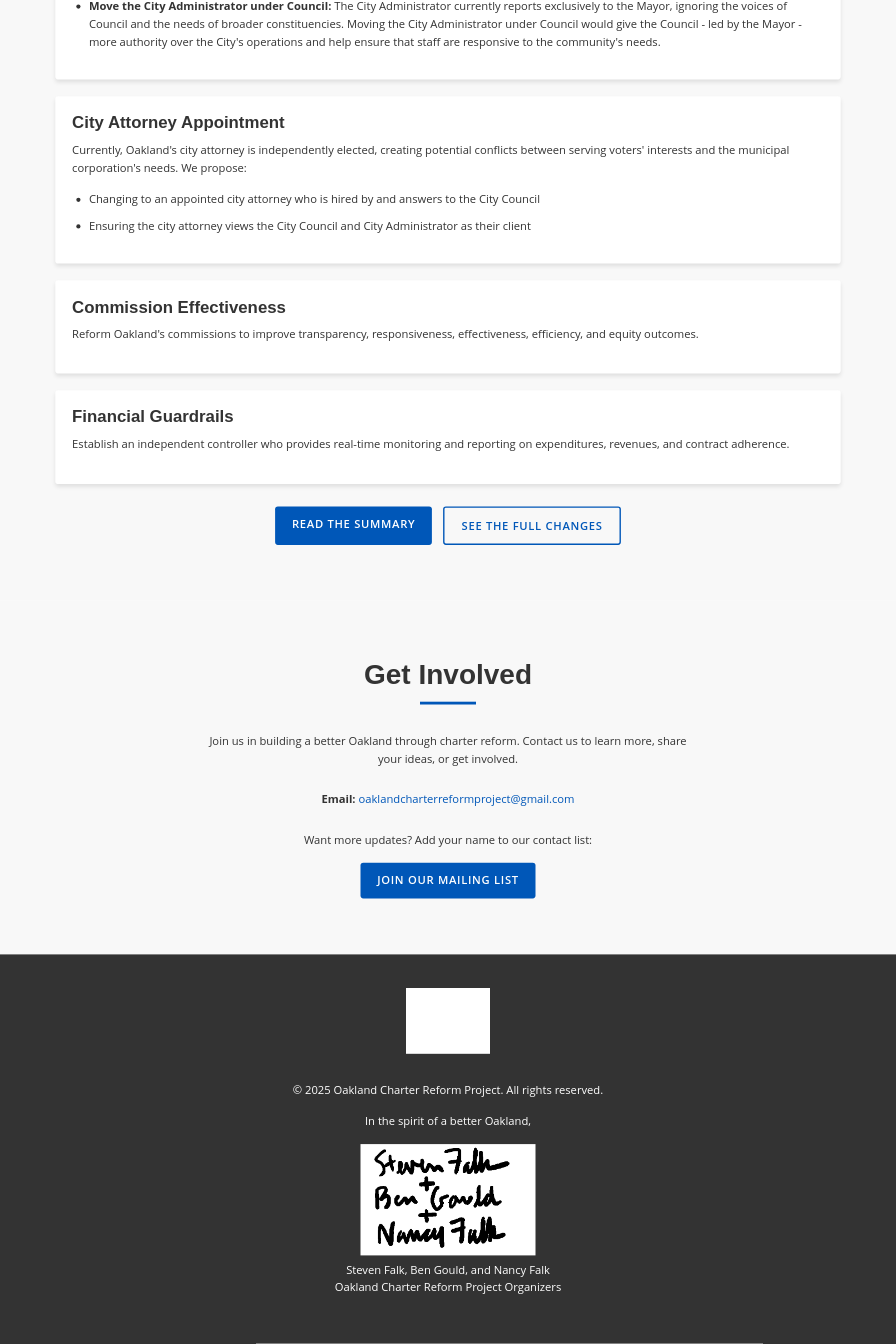
Repository: bgould132/oaklandcharterreform
Page: index.html
The author's editor kept a copy of each file at every save. The page is drawn from the files as they stood at one save, then again after the next save.
The browser window is 1280 px wide. The pictures show the part of the page from y = 3738 to 5658 px (the page is 5658 px tall before and 5501 px after), at 70% of full size.

Above is the page before, as saved 2025-04-07 10:14:35.

### index.html
<!DOCTYPE html>
<html lang="en">
<head>
    <meta charset="UTF-8">
    <meta name="viewport" content="width=device-width, initial-scale=1.0">
    <meta name="description" content="Oakland Charter Reform Project - Building a more effective government for Oakland">
    <title>Oakland Charter Reform Project</title>
    <link rel="stylesheet" href="css/styles.css">
    <!-- Font Awesome for icons -->
    <link rel="stylesheet" href="https://cdnjs.cloudflare.com/ajax/libs/font-awesome/6.4.2/css/all.min.css">
</head>
<body>
    <header>
        <div class="container">
            <nav aria-label="Main navigation">
                <div class="logo">
                    <a href="index.html" aria-label="Oakland Charter Reform Project Home">
                        <img src="images/logo/OCRP logo design.jpg" alt="Oakland Charter Reform Project Logo">
                    </a>
                </div>
                <button class="mobile-menu-button" aria-label="Toggle menu" aria-expanded="false" aria-controls="main-menu">
                    <span class="hamburger-icon"></span>
                </button>
                <ul id="main-menu" class="nav-menu">
                    <li><a href="#why-charter-reform" class="active">Why Charter Reform</a></li>
                    <li><a href="#principles">Principles</a></li>
                    <li><a href="#proposed-amendments">Proposed Amendments</a></li>
                    <li><a href="#our-approach">Our Approach</a></li>
                    <li><a href="about.html">About Us</a></li>
                    <li><a href="#contact">Contact</a></li>
                </ul>
            </nav>
        </div>
    </header>

    <main>
        <!-- Hero Section -->
        <section class="hero" aria-labelledby="hero-heading">
            <div class="hero-image">
                <picture>
                    <!-- Smaller image for mobile -->
                    <source srcset="images/Downtown/IMG_7632.jpg" media="(max-width: 768px)">
                    <!-- Larger image for desktop -->
                    <img src="images/Downtown/IMG_7632.jpg" alt="Downtown Oakland skyline view">
                </picture>
                <div class="hero-content">
                    <h1 id="hero-heading">Oakland Charter Reform Project</h1>
                    <p class="tagline">Building a more effective government for Oakland</p>
                    <a href="#why-charter-reform" class="cta-button">Learn More</a>
                </div>
            </div>
        </section>

        <!-- Why Charter Reform Section -->
        <section id="why-charter-reform" class="section" aria-labelledby="why-heading">
            <div class="container">
                <h2 id="why-heading">Why Charter Reform?</h2>
                <div class="section-content">
                    <div class="text-content">
                        <p class="highlight-quote">"Oakland's government is designed to fail."</p>
                        <p>Every stakeholder we've met with – many with decades of experience working for or in partnership with the Oakland city government – told us that Oakland's flawed city charter is either partly or largely responsible for the City's dysfunction.</p>

                        <p>The recent recall of Mayor Sheng Thao represents a peak moment of dissatisfaction with Oakland's government. No other mayor in Oakland's 173-year history has ever been recalled from office. An astonishing 79% of Oakland residents feel the City is on the wrong track.</p>

                        <p>Oakland's "hybrid structure makes it difficult to establish accountability for the effective functioning of government since it leaves open the question of which branch of government is in charge." In other words - the buck stops nowhere.</p>
                    </div>
                    <div class="stat-boxes">
                        <div class="stat-box">
                            <span class="stat-number">79%</span>
                            <p>of Oaklanders think the city is on the wrong track</p>
                        </div>
                        <div class="stat-box">
                            <span class="stat-number">100+</span>
                            <p>stakeholders consulted about charter reform</p>
                        </div>
                    </div>
                </div>
            </div>
        </section>

        <!-- Principles Section -->
        <section id="principles" class="section alt-bg" aria-labelledby="principles-heading">
            <div class="container">
                <h2 id="principles-heading">Our Principles</h2>
                <div class="principles-grid">
                    <div class="principle-card">
                        <div class="principle-icon">
                            <i class="fas fa-balance-scale"></i>
                        </div>
                        <h3>Accountability</h3>
                        <p>Clear lines of responsibility so the buck stops somewhere definite, enabling residents to hold their government accountable.</p>
                    </div>
                    <div class="principle-card">
                        <div class="principle-icon">
                            <i class="fas fa-chart-line"></i>
                        </div>
                        <h3>Effectiveness</h3>
                        <p>A government structure that enables efficient delivery of services and implementation of policies to improve quality of life.</p>
                    </div>
                    <div class="principle-card">
                        <div class="principle-icon">
                            <i class="fas fa-user-friends"></i>
                        </div>
                        <h3>Representation</h3>
                        <p>Ensuring all Oakland residents have their voices heard and interests represented in city government.</p>
                    </div>
                    <div class="principle-card">
                        <div class="principle-icon">
                            <i class="fas fa-search"></i>
                        </div>
                        <h3>Transparency</h3>
                        <p>Open and accessible government processes that allow residents to understand how decisions are made.</p>
                    </div>
                </div>
            </div>
        </section>

        <!-- Our Approach Section -->
        <section id="our-approach" class="section" aria-labelledby="approach-heading">
            <div class="container">
                <h2 id="approach-heading">Our Approach</h2>
                <div class="approach-content">
                    <div class="approach-text">
                        <p>The Oakland Charter Reform Project has conducted extensive research and community engagement to inform our approach to charter reform:</p>

                        <ul class="approach-list">
                            <li>Three focus groups with diverse Oakland stakeholders</li>
                            <li>One-on-one interviews with community members, workers, business leaders, elected officials, and more</li>
                            <li>Special information session with Oakland NAACP leaders</li>
                            <li>Analysis of charter structures in comparable cities</li>
                        </ul>

                        <p>We are exploring options for placing a charter reform measure before voters in June 2026. Why June? Because settling matters about the City's organization in advance of the November 2026 mayoral election will allow candidates to run for a clearly defined role in the new system.</p>
                    </div>
                    <div class="timeline">
                        <div class="timeline-item">
                            <div class="timeline-marker"></div>
                            <div class="timeline-content">
                                <h3>December 2024 - March 2025</h3>
                                <p>Initial research and stakeholder interviews</p>
                            </div>
                        </div>
                        <div class="timeline-item">
                            <div class="timeline-marker"></div>
                            <div class="timeline-content">
                                <h3>April - June 2025</h3>
                                <p>Draft charter amendments and community feedback</p>
                            </div>
                        </div>
                        <div class="timeline-item">
                            <div class="timeline-marker"></div>
                            <div class="timeline-content">
                                <h3>July - December 2025</h3>
                                <p>Gather signatures to place on ballot</p>
                            </div>
                        </div>
                        <div class="timeline-item">
                            <div class="timeline-marker"></div>
                            <div class="timeline-content">
                                <h3>January - May 2026</h3>
                                <p>Organize grassroots campaign</p>
                            </div>
                        </div>
                        <div class="timeline-item">
                            <div class="timeline-marker"></div>
                            <div class="timeline-content">
                                <h3>June 2026</h3>
                                <p>Charter reform measure on ballot</p>
                            </div>
                        </div>
                    </div>
                </div>
            </div>
        </section>

        <!-- Proposed Amendments Section -->
        <section id="proposed-amendments" class="section alt-bg" aria-labelledby="amendments-heading">
            <div class="container">
                <h2 id="amendments-heading">Proposed Amendments</h2>
                <div class="section-content">
                    <div class="text-content">
                        <p>Based on extensive research and stakeholder input, we are exploring the following potential amendments to the Oakland City Charter:</p>

                        <div class="amendment-card">
                            <h3>Governance Structure</h3>
                            <p>Oakland's hybrid governance structure has created confusion about who is responsible for what. We propose moving to a clear governance structure where lines of authority and accountability are well-defined:</p>
                            <ul class="amendment-list">
                                <li><strong>Put the Mayor in charge of Council:</strong> The Mayor's disconnection from Council is a source of dysfunction. It drives status competitions between the two bodies, diminishing service for Oaklanders. It leaves the Mayor less effective and unable to deliver on their policy priorities. Making Oakland's Mayor the chair of the Council would give the Mayor a strong voice in Council decisions, and help ensure that the Council is responsive to the Mayor's agenda.</li>
                                <li><strong>Move the City Administrator under Council:</strong> The City Administrator currently reports exclusively to the Mayor, ignoring the voices of Council and the needs of broader constituencies. Moving the City Administrator under Council would give the Council - led by the Mayor - more authority over the City's operations and help ensure that staff are responsive to the community's needs.</li>
                            </ul>
                        </div>

                        <div class="amendment-card">
                            <h3>City Attorney Appointment</h3>
                            <p>Currently, Oakland's city attorney is independently elected, creating potential conflicts between serving voters' interests and the municipal corporation's needs. We propose:</p>
                            <ul class="amendment-list">
                                <li>Changing to an appointed city attorney who is hired by and answers to the City Council</li>
                                <li>Ensuring the city attorney views the City Council and City Administrator as their client</li>
                            </ul>
                        </div>

                        <div class="amendment-card">
                            <h3>Commission Effectiveness</h3>
                            <p>Reform Oakland's commissions to improve transparency, responsiveness, effectiveness, efficiency, and equity outcomes.</p>
                        </div>

                        <div class="amendment-card">
                            <h3>Financial Guardrails</h3>
                            <p>Establish an independent controller who provides real-time monitoring and reporting on expenditures, revenues, and contract adherence.</p>
                        </div>

                        <div class="buttons-container">
                            <a href="#" class="cta-button">Read the Summary</a>
                            <a href="#" class="outline-button">See the Full Changes</a>
                        </div>
                    </div>
                </div>
            </div>
        </section>

        <!-- Contact Section -->
        <section id="contact" class="section alt-bg" aria-labelledby="contact-heading">
            <div class="container">
                <h2 id="contact-heading">Get Involved</h2>
                <div class="contact-content">
                    <p>Join us in building a better Oakland through charter reform. Contact us to learn more, share your ideas, or get involved.</p>
                    <div class="contact-info">
                        <p><strong>Email:</strong> <a href="mailto:oaklandcharterreformproject@gmail.com">oaklandcharterreformproject@gmail.com</a></p>
                        <div class="signup-form">
                            <p>Want more updates? Add your name to our contact list:</p>
                            <a href="#" class="cta-button">Join Our Mailing List</a>
                        </div>
                    </div>
                </div>
            </div>
        </section>
    </main>

    <footer>
        <div class="container">
            <div class="footer-content">
                <div class="footer-logo">
                    <img src="images/logo/OCRP logo design.jpg" alt="Oakland Charter Reform Project Logo" width="120">
                </div>
                <div class="footer-text">
                    <p>&copy; 2025 Oakland Charter Reform Project. All rights reserved.</p>
                    <p>In the spirit of a better Oakland,</p>
                    <div class="signature">
                        <img src="images/logo/steve and ben and nancy signature.jpg" alt="Signatures of Steven Falk, Ben Gould, and Nancy Falk" class="signature-img">
                        <p>Steven Falk, Ben Gould, and Nancy Falk<br>
                        Oakland Charter Reform Project Organizers</p>
                    </div>
                </div>
            </div>
        </div>
    </footer>

    <script src="js/main.js"></script>
</body>
</html>

Loaded but not shown: js/main.js (101 lines, source omitted); css/styles.css (815 lines, source omitted)

After the next save:
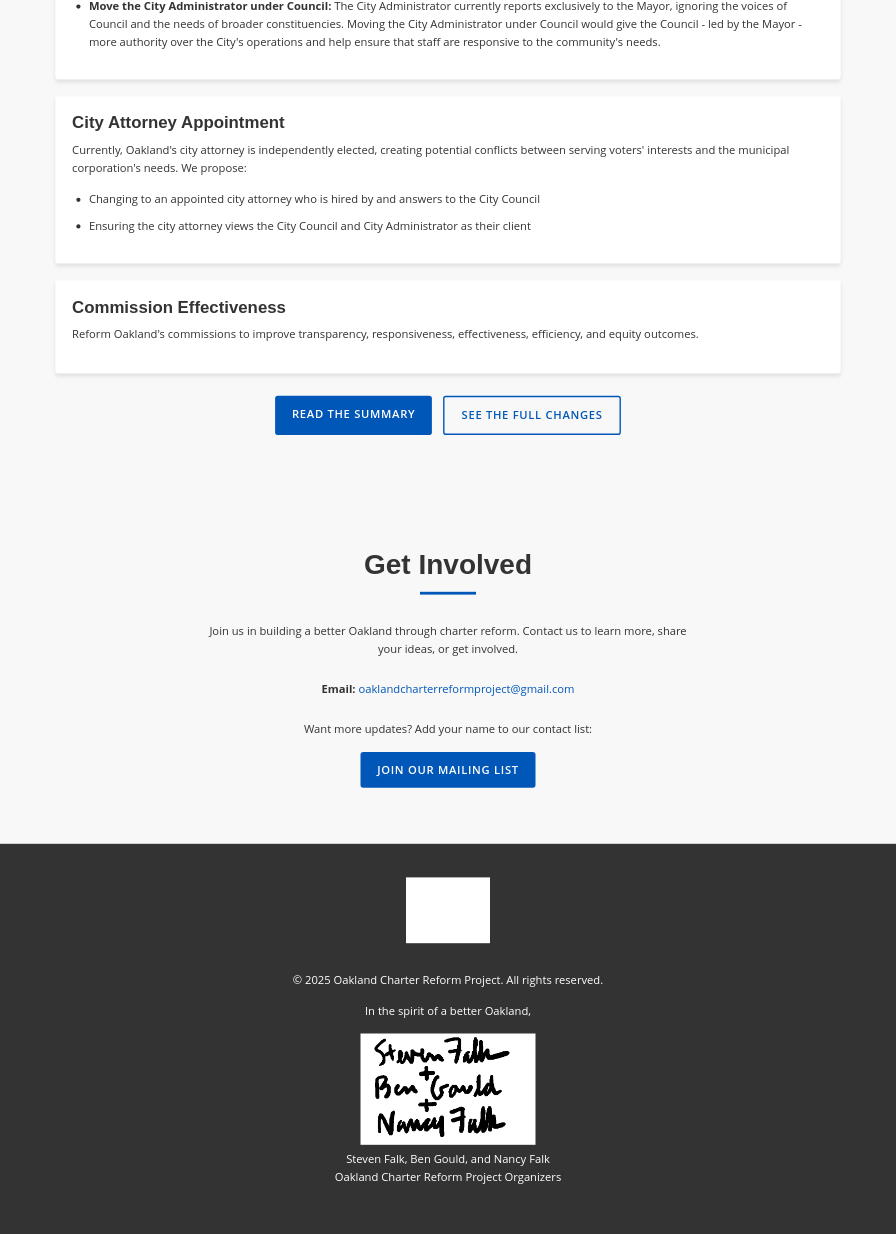
Saved 32 s later.
--- a/index.html
+++ b/index.html
@@ -204,11 +204,6 @@
                             <p>Reform Oakland's commissions to improve transparency, responsiveness, effectiveness, efficiency, and equity outcomes.</p>
                         </div>
 
-                        <div class="amendment-card">
-                            <h3>Financial Guardrails</h3>
-                            <p>Establish an independent controller who provides real-time monitoring and reporting on expenditures, revenues, and contract adherence.</p>
-                        </div>
-
                         <div class="buttons-container">
                             <a href="#" class="cta-button">Read the Summary</a>
                             <a href="#" class="outline-button">See the Full Changes</a>
